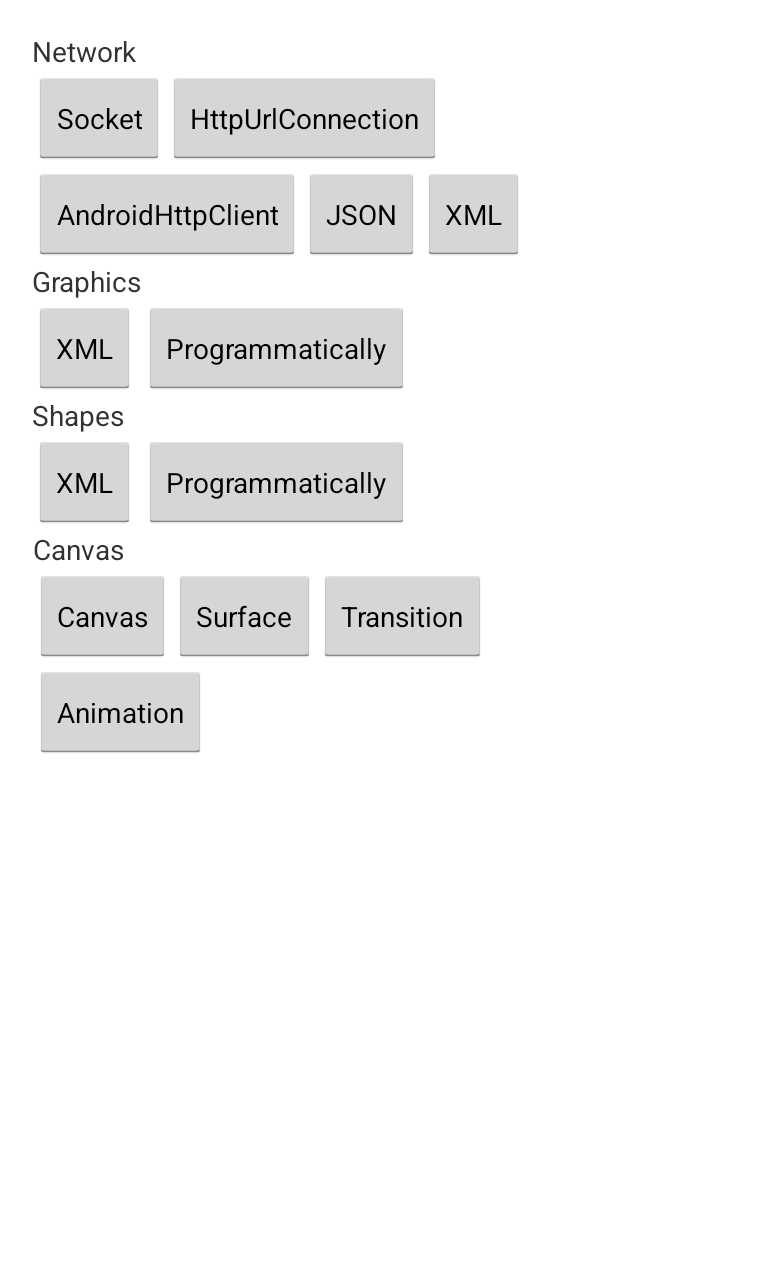
Repository: Amir13/Android_Basic_Steps
Layout: ViewElements4/res/layout/activity_main.xml
An editor plug-in stored every save of this project. The layout is shown before and after the next save, followed by the edit.
It is drawn on a 768 x 1280 px phone screen (xhdpi) without system bars, with theme AppTheme; the app's code is not run.

Above is the layout before, as saved 2014-06-09 01:40:36.

After the next save:
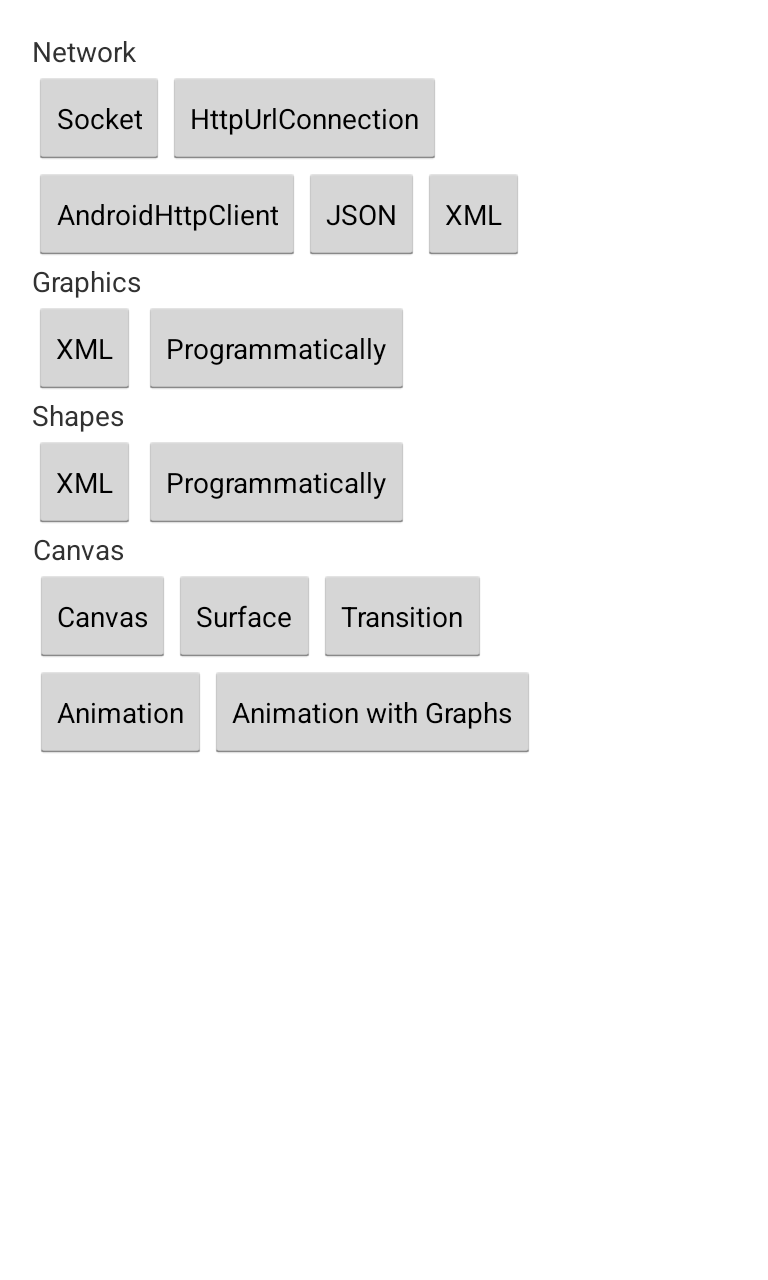
Saved 16 s later.
--- a/ViewElements4/res/layout/activity_main.xml
+++ b/ViewElements4/res/layout/activity_main.xml
@@ -159,4 +159,13 @@
         android:layout_below="@+id/btnCanvas"
         android:text="@string/title_activity_android_animation" />
 
+    <Button
+        android:id="@+id/btnAnimation2"
+        style="?android:attr/buttonStyleSmall"
+        android:layout_width="wrap_content"
+        android:layout_height="wrap_content"
+        android:layout_alignTop="@+id/btnAnimation"
+        android:layout_toRightOf="@+id/btnAnimation"
+        android:text="@string/title_activity_android_animation2" />
+
 </RelativeLayout>
